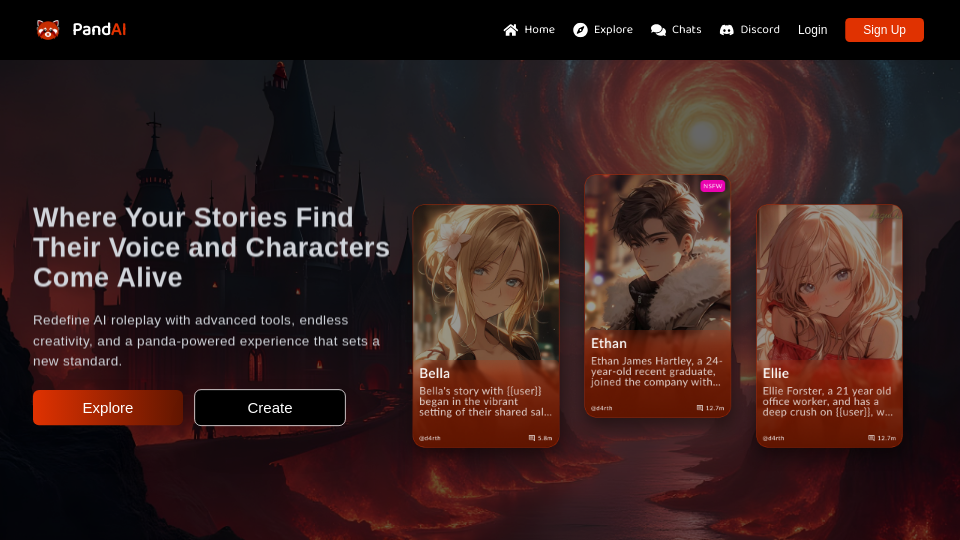
Repository: PandamoniumAI/Pandamonium
Page: /preview
These files come from the project's save history. The page is drawn as it stood at one moment and after the next save; the edit follows.
The browser window is 1280 px wide. The pictures show the whole page, at 75% of full size.
Some web libraries are served in a nearby version. The project was rebuilt for these pictures with package versions that can differ from the ones it lists, and the page was loaded fresh each time. Also part of the build but not shown: vite.config.js, src/Utils/Utils.js, src/Components/SearchBar/SearchBar.jsx, src/Components/CSS/CharacterCard.css, src/Components/CharacterCard/CharacterCard.jsx, src/Components/CSS/CharacterCardModal.css, src/Components/CharacterCardModal/CharacterCardModal.jsx, src/Components/CSS/Tags.css and 15 more.

Above is the page before, as saved 2025-01-01 22:06:52.

After the next save:
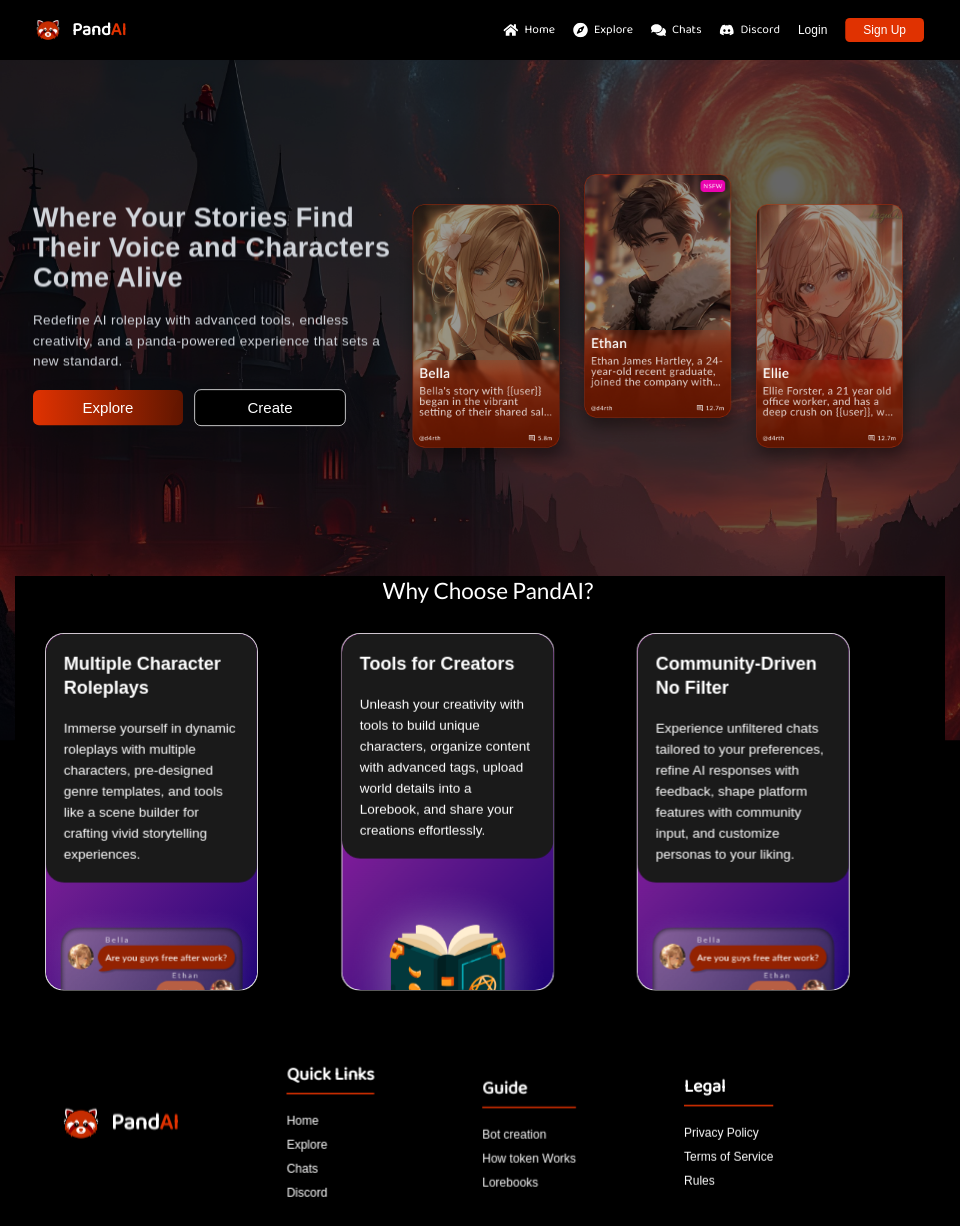
Saved 64 s later.
--- a/src/Preview/Preview.jsx
+++ b/src/Preview/Preview.jsx
@@ -93,6 +93,142 @@
 </div>
 
 
+<div className="info px-10 relative bg-black" style={{top: "700px"}}>
+  <div className="infotext mb-8 text-white">
+    <h1 className="text-3xl font-lato text-white ml-[450px] animate__animated animate__fadeInUp animate__delay-1s">
+      Why Choose PandAI?
+    </h1>
+
+    <div className="cards grid grid-cols-1 md:grid-cols-3 gap-6 mt-10">
+      {[
+        "Multiple Character Roleplays",
+        "Tools for Creators",
+        "Community-Driven No Filter",
+      ].map((title, index) => (
+        <div
+          key={index}
+          className="card relative flex flex-col justify-between w-[284px] h-[477px] rounded-[25px] overflow-hidden transform transition-all duration-300 hover:scale-105 hover:shadow-xl hover:translateY-[-10px]"
+          onMouseMove={(e) => handleCardHover(e, e.currentTarget)}
+        >
+          <div
+            className="absolute inset-0 -z-10 rounded-[25px]"
+            style={{
+              background:
+                "linear-gradient(135deg, #BF18C2, #6B1C8F, #1D0375)",
+              position: "absolute",
+              top: 0,
+              left: 0,
+              right: 0,
+              bottom: 0,
+              borderRadius: "25px",
+              padding: "2px",
+            }}
+          />
+          <div className="content p-6 bg-[#1A1A1A] flex flex-col justify-between h-full rounded-[25px] animate__animated animate__fadeInUp animate__delay-2s">
+            <h2 className="text-2xl font-semibold mb-4 text-white animate__animated animate__fadeInUp animate__delay-1s">
+              {title}
+            </h2>
+            <p className="text-lg text-white">
+              {index === 0
+                ? "Immerse yourself in dynamic roleplays with multiple characters, pre-designed genre templates, and tools like a scene builder for crafting vivid storytelling experiences."
+                : index === 1
+                  ? "Unleash your creativity with tools to build unique characters, organize content with advanced tags, upload world details into a Lorebook, and share your creations effortlessly."
+                  : "Experience unfiltered chats tailored to your preferences, refine AI responses with feedback, shape platform features with community input, and customize personas to your liking."}
+            </p>
+          </div>
+          <div className="image-container mt-4 transform transition-all duration-300 hover:scale-110 hover:rotate-3">
+            {index === 0 ? (
+              <img
+                src={Chatcard}
+                alt="Roleplay"
+                className="w-full rounded-[25px] transition-transform duration-300 hover:scale-110 hover:rotate-3"
+              />
+            ) : index === 1 ? (
+              <img
+                src={Book}
+                alt="Creator Tools"
+                className="w-full rounded-[25px] transition-transform duration-300 hover:scale-110 hover:rotate-3"
+              />
+            ) : (
+              <img
+                src={Roleplay}
+                alt="Community"
+                className="w-full rounded-[25px] transition-transform duration-300 hover:scale-110 hover:rotate-3"
+              />
+            )}
+          </div>
+        </div>
+      ))}
+    </div>
+
+    <div className="Footer bg-black py-8 px-6 mt-10 flex items-center justify-start space-x-36 animate__animated animate__fadeInUp animate__delay-2s">
+      <div className="flex items-center animate__animated animate__fadeInUp animate__delay-3s">
+        <img
+          className="w-12 h-12 mr-4 transform transition duration-300 hover:scale-110 hover:rotate-6"
+          src={Animal}
+          alt="Logo"
+        />
+        <h1 className="text-3xl font-bold font-baloo text-white animate__animated animate__fadeInUp animate__delay-4s">
+          Pand<span className="text-[#E03201]">AI</span>
+        </h1>
+      </div>
+
+      <div className="Quicklinks mr-36 mt-6 animate__animated animate__fadeInUp animate__delay-4s">
+        <h1 className="text-2xl font-bold font-baloo text-white border-b-2 border-[#E03201] pb-2">
+          Quick Links
+        </h1>
+        <ul className="list-none pl-0 mt-4 space-y-2">
+          <li className="text-white hover:text-[#E03201] transition duration-300 transform hover:translate-x-2">
+            <a href="#">Home</a>
+          </li>
+          <li className="text-white hover:text-[#E03201] transition duration-300 transform hover:translate-x-2">
+            <a href="#">Explore</a>
+          </li>
+          <li className="text-white hover:text-[#E03201] transition duration-300 transform hover:translate-x-2">
+            <a href="#">Chats</a>
+          </li>
+          <li className="text-white hover:text-[#E03201] transition duration-300 transform hover:translate-x-2">
+            <a href="#">Discord</a>
+          </li>
+        </ul>
+      </div>
+
+      <div className="guide mr-36 mt-6 animate__animated animate__fadeInUp animate__delay-5s">
+        <h1 className="text-2xl font-bold font-baloo text-white border-b-2 border-[#E03201] pb-2">
+          Guide
+        </h1>
+        <ul className="list-none pl-0 mt-4 space-y-2">
+          <li className="text-white hover:text-[#E03201] transition duration-300 transform hover:translate-x-2">
+            <a href="#">Bot creation</a>
+          </li>
+          <li className="text-white hover:text-[#E03201] transition duration-300 transform hover:translate-x-2">
+            <a href="#">How token Works</a>
+          </li>
+          <li className="text-white hover:text-[#E03201] transition duration-300 transform hover:translate-x-2">
+            <a href="#">Lorebooks</a>
+          </li>
+        </ul>
+      </div>
+
+      <div className="legal mr-36 mt-6 animate__animated animate__fadeInUp animate__delay-6s">
+        <h1 className="text-2xl font-bold font-baloo text-white border-b-2 border-[#E03201] pb-2">
+          Legal
+        </h1>
+        <ul className="list-none pl-0 mt-4 space-y-2">
+          <li className="text-white hover:text-[#E03201] transition duration-300 transform hover:translate-x-2">
+            <a href="#">Privacy Policy</a>
+          </li>
+          <li className="text-white hover:text-[#E03201] transition duration-300 transform hover:translate-x-2">
+            <a href="#">Terms of Service</a>
+          </li>
+          <li className="text-white hover:text-[#E03201] transition duration-300 transform hover:translate-x-2">
+            <a href="#">Rules</a>
+          </li>
+        </ul>
+      </div>
+    </div>
+  </div>
+</div>
 
         </div>
   );
